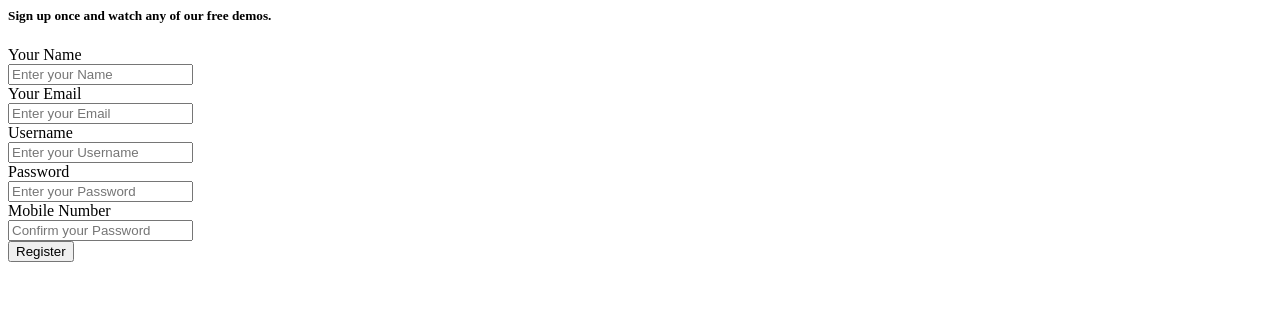
Repository: aneishkumar/AngularJS-Application
Page: Angularjs-Application-march16th/project2/WebContent/register.html
The author's editor kept a copy of each file at every save. The page is drawn from the files as they stood at one save, then again after the next save.
The browser window is 1280 px wide. The pictures show the whole page.

Above is the page before, as saved 2018-03-15 19:11:49.

After the next save:
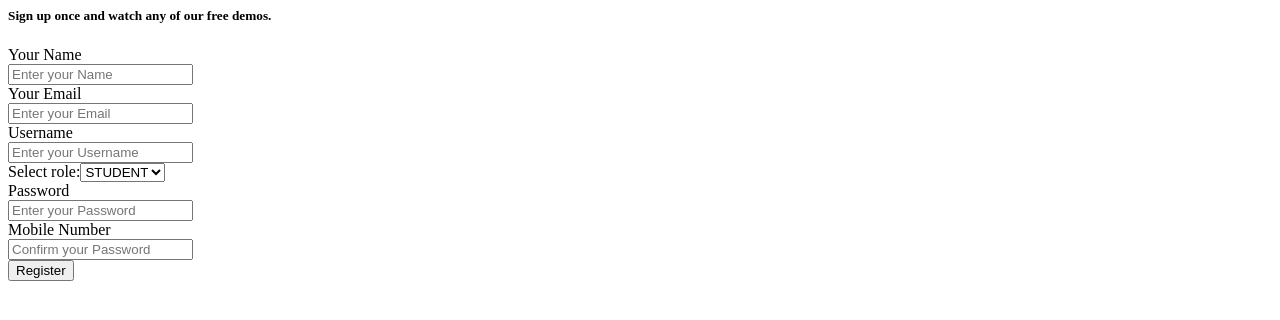
Saved 13 h 20 min later.
--- a/Angularjs-Application-march16th/project2/WebContent/register.html
+++ b/Angularjs-Application-march16th/project2/WebContent/register.html
@@ -29,10 +29,15 @@
 							<div class="cols-sm-10">
 								<div class="input-group">
 									<span class="input-group-addon"><i class="fa fa-users fa" aria-hidden="true"></i></span>
-									<input type="text" class="form-control" name="username" ng-model="user.USERNAME"  placeholder="Enter your Username"/>
+									<input type="text" class="form-control" name="username" ng-model="user.username"  placeholder="Enter your Username"/>
 								</div>
 							</div>
 						</div>
+						 <div class="form-group">
+						Select role:<select ng-model=user.role>
+						<option value="STUDENT">STUDENT
+							<option value="ALUMINI">ALUMINI
+						</select>
 
 						<div class="form-group">
 							<label for="password" class="cols-sm-2 control-label">Password</label>
